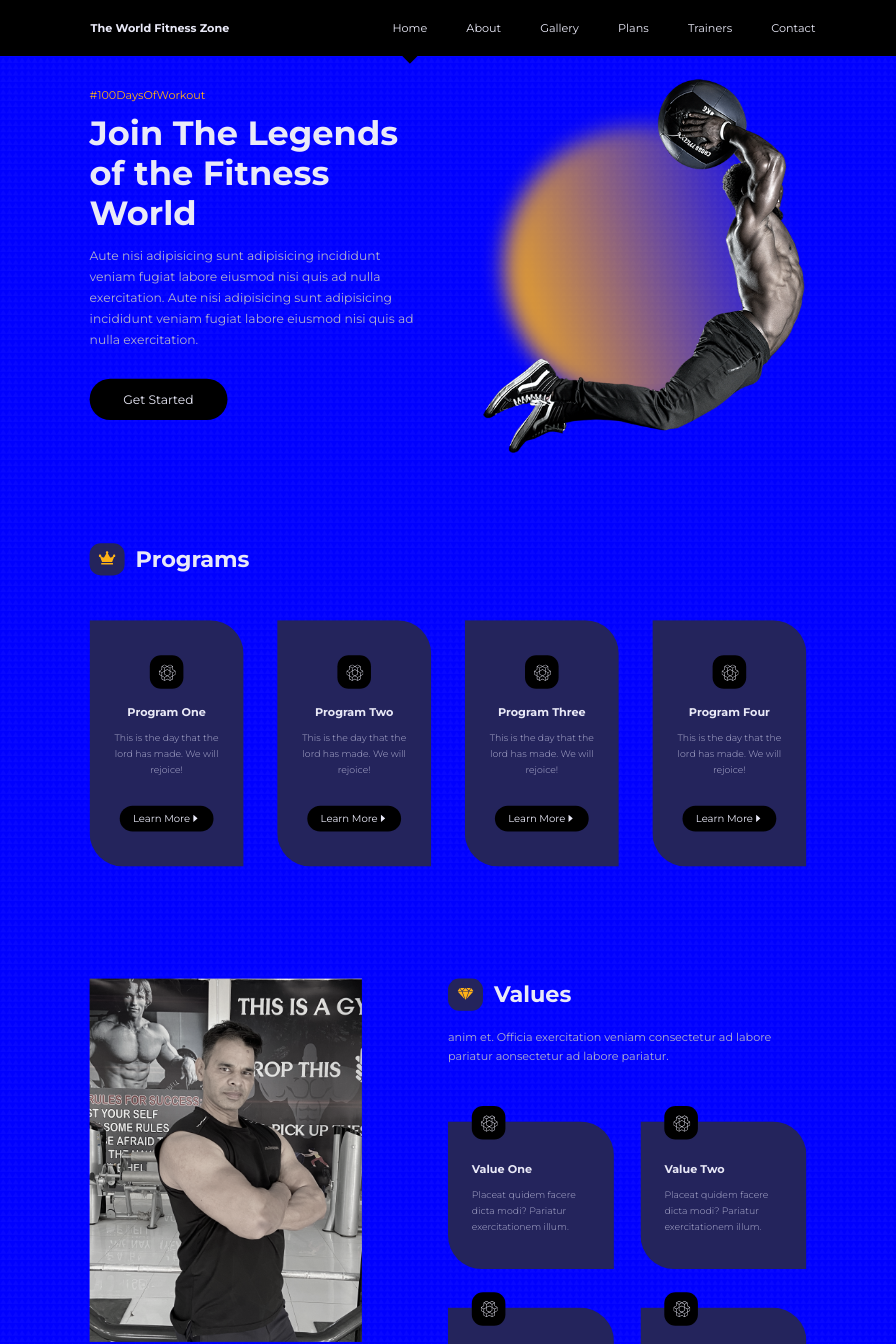
Repository: aryaMode/gym-portfolio
Page: /
The author's editor kept a copy of each file at every save. The page is drawn from the files as they stood at one save, then again after the next save.
The browser window is 1280 px wide. The pictures show the part of the page from y = 0 to 1920 px (the page is 3946 px tall), at 70% of full size.
The project was rebuilt for these pictures with package versions that can differ from the ones it lists, and the page was loaded fresh each time. Also part of the build but not shown: src/pages/about/about.css, src/components/Header.jsx, src/pages/about/About.jsx, src/pages/contact/contact.css, src/pages/contact/Contact.jsx, src/pages/gallery/gallery.css, src/pages/gallery/Gallery.jsx, src/pages/notFound/notFound.css and 6 more.

Above is the page before, as saved 2023-07-20 16:45:34.

### public/index.html
<!DOCTYPE html>
<html lang="en">

<head>
    <meta charset="UTF-8">
    <meta http-equiv="X-UA-Compatible" content="IE=edge">
    <meta name="viewport" content="width=device-width, initial-scale=1.0">
    <title>Portfolio Website</title>
    <!-- GOOGLE FONTS (montserrat) -->
    <link href="https://fonts.googleapis.com/css2?family=Montserrat:wght@300;400;500;600;700&display=swap"
        rel="stylesheet">
</head>

<body>
    <div id="root"></div>
</body>

</html>

### src/App.jsx
// rafce -> shortcut to create component and export
import { BrowserRouter, Routes, Route } from "react-router-dom";
import React from "react";
import Home from "./pages/home/Home";
import About from "./pages/about/About";
import Contact from "./pages/contact/Contact";
import Gallery from "./pages/gallery/Gallery";
import NotFound from "./pages/notFound/NotFound";
import Plans from "./pages/plans/Plans";
import Trainers from "./pages/trainers/Trainers";
import Navbar from "./components/Navbar";
import Footer from "./components/Footer";

const App = () => {
	return (
		<BrowserRouter>
			<Navbar />
			<Routes>
				<Route index element={<Home />} />
				<Route path="about" element={<About />} />
				<Route path="contact" element={<Contact />} />
				<Route path="gallery" element={<Gallery />} />
				<Route path="plans" element={<Plans />} />
				<Route path="trainers" element={<Trainers />} />
				<Route path="*" element={<NotFound />} />
			</Routes>
			<Footer />
		</BrowserRouter>
	);
};

export default App;

### src/index.css
 *, *::before, *::after{
    margin: 0;
    padding: 0;
    border: 0;
    outline: 0;
    list-style: none;
    text-decoration: none;
    box-sizing: border-box;
 }

 /* CSS Global variable starts with :root {...} check w3school docs for more  info */
 :root{
    --primary-hue: 210;
    --gray-hue: 240;
    /* hsl (hue, saturation, lightness) */
    --color-primary: black;
    --color-primary-variant: hsl(var(--primary-hue), 100%, 65%);
    --color-secondary: #ffb116;
    --color-gray-100: hsl(var(--gray-hue), 47%, 94%); /*almost white colour lightness is almost 100%*/
    --color-gray-200: hsl(var(--gray-hue), 26%, 75%);
    --color-gray-300: hsl(var(--gray-hue), 24%, 64%);
    --color-gray-400: hsl(var(--gray-hue), 16%, 41%);
    --color-gray-500: hsl(var(--gray-hue), 44%, 25%);
    --color-gray-600: hsl(var(--gray-hue), 48%, 15%);

    --container-width-lg: 80%;
    --container-width-md: 90%;

    --transition: all 500ms ease; /* make sure all transition have a constant effect*/
 }

  /******************** GENERAL STYLES ********************/
  body{
    font-family: "Montserrat", sans-serif;
    color: var(--color-gray-200);
    line-height: 1.7;
    overflow-x: hidden;
    background: blue url(./images/bg_texture.png);
  }

  .container{
    width: var(--container-width-lg);
    max-width: 1920px;
    margin-inline: auto;
  }

  h1, h2, h3, h4, h5 {
    line-height: 1.2;
    color: var(--color-gray-100);
  }

  h1 {
    font-size: 3rem;
  }

  h2 {
    font-size: 2rem ;
  }

  a {
    color: var(--color-gray-100);
  }

  img{
    display: block;
    object-fit: cover;
    width: 100%;
}

.btn {
    color: var(--color-gray-100);
    width: fit-content;
    margin: 0 auto;
    padding: 0.9rem 2rem;
    background: var(--color-primary);
    border-radius: 1.5rem;
    transition: var(--transition);
}

.btn:hover {
    background: var(--color-secondary);
    color: var(--color-gray-600);
}

.btn.lg {
    padding: 1.2rem 3rem;
    border-radius: 2rem;
    font-size: 1.1rem;
}

.btn.sm {
    padding: 0.4rem 1.2rem;
    font-size: 0.9rem;
}

.btn.sm:hover {
    background: var(--color-gray-100);
}

/******************** SECTION REUSABLE STYLES ********************/
section {
    margin-top: 10rem;
}

.section__head {
    display: flex;
    align-items: center;
    gap: 1rem;
}

.section__head span {
    background: var(--color-gray-500);
    padding: 0.3rem 0.8rem 0;
    border-radius: 1rem;
    color: var(--color-secondary);
    font-size: 1.5rem;
}

.card {
    background: var(--color-gray-500);
    border: 2px solid transparent;
    text-align: center;
    padding: 3rem 2rem;
    border-radius: 0 3rem 0 3rem;
    transition: var(--transition);
}

.card:hover {
    background: transparent;
    border-color: var(--color-gray-400);
    cursor: default;
}

.card span {
    width: 3rem;
    height: 3rem;
    background: var(--color-primary);
    color: var(--color-gray-100);
    font-size: 1.5rem;
    padding: 0.8rem;
    display: grid;
    place-items: center;
    margin-bottom: 1.5rem;
    margin-inline: auto;
    border-radius: 1rem;
    transition: var(--transition);
}

.card:hover span {
    background: var(--color-secondary);
    color: var(--color-gray-500)
}

.card small {
    margin-top: 1rem;
    display: block;
    font-weight: 300;
}

.header {
    margin-top: 5rem;
    height: 20rem;
    overflow: hidden;
    border-bottom: 2px solid var(--color-gray-400);
}

.header__container {
    width: 100%;
    height: 100%;
    position: relative;
    display: grid;
    place-items: center;
    background: #0000;
}

.header__container-lg {
    position: absolute;
    width: 100%;
}

.header__container-lg img {
    opacity: 0.5;
}

.header__content {
    position: relative;
    width: 44%;
    margin: 0 auto;
    text-align: center;
    color: var(--color-gray-100);
}

.header__content h2 {
    margin-bottom: 1rem;
}

.header__content p {
    color: rgba(255, 255, 255, 0.7, green, blue, alpha);
}






/******************** MEADIA QUERIES (medium screens) ********************/
@media screen and (max-width: 1024px) {
    .container {
        width: var(--container-width-md);
    }

    h1 {
        font-size: 2rem;
    }

    h2 {
        font-size: 1.6rem;
    }

    .header__content {
        width: 76%;
    }
}

/******************** MEADIA QUERIES (small screens) ********************/
@media screen and (max-width: 600px) {
    h1 {
        font-size: 2.2rem;
        line-height: 1.3;
    }

    section {
        margin-top: 7rem;
    }

    .header {
        height: fit-content;
    }

    .header__content {
        width: var(--container-width-md);
        padding: 3rem 0;
    }

    .header__content p {
        font-size: 0.85rem;
    }
}

### src/pages/home/Home.jsx
import React from "react";
import "./home.css";
import MainHeader from "../../components/MainHeader";
import Program from "../../components/Program";
import Values from "../../components/Values";
import FAQs from "../../components/FAQs";
import Testimonial from "../../components/Testimonial";
// import Footer from "../../components/Footer";

const Home = () => {
	return (
		<>
			<MainHeader />
			<Program />
			<Values />
			<FAQs />
			<Testimonial />
			{/* <Footer /> comment this out so footer wount be double */}
		</>
	);
};

export default Home;

### src/components/Navbar.jsx
import { useState } from "react";
import {logoName} from "../data";
import { Link, NavLink } from "react-router-dom";
// NavLink comes with an isactive prop which we can use to detect which page we on
// so we can have a special style for that link
import React from "react";
import Logo from "../images/logo.png";
import { links } from "../data";
import { GoThreeBars } from "react-icons/go";
import { MdOutlineClose } from "react-icons/md";
import "./navbar.css";

const Navbar = () => {
	const [isNavShowing, setIsNavShowing] = useState(false);

	const handleNavToggle = () => {
		return setIsNavShowing((prevVAlue) => {
			return !prevVAlue;
		});
	};

	return (
		<nav>
			<div className="container nav__container">
				<Link to="/" className="logo" onClick={handleNavToggle}>
					{/* <img src={Logo} alt="Nav-logo" /> */}
					<div>{logoName}</div>
				</Link>
				<ul
					className={`nav__links ${isNavShowing ? "show__nav" : "hide__nav"}`}
				>
					{/* Destructure the links array of object from the links to get each item */}
					{links.map(({ name, path }, index) => {
						return (
							<li key={index}>
								<NavLink
									to={path}
									className={({ isActive }) => (isActive ? "active-nav" : "")}
									onClick={handleNavToggle}
								>
									{name}
								</NavLink>
							</li>
						);
					})}
				</ul>
				<button onClick={handleNavToggle} className="nav__toggle-btn">
					{isNavShowing ? <MdOutlineClose /> : <GoThreeBars />}
				</button>
			</div>
		</nav>
	);
};

export default Navbar;

// export PATH=$PATH:/home/daveworld/bin

### src/components/Footer.jsx
import React from "react";
import { Link } from "react-router-dom";
import {logoName} from "../data";
import Logo from "../images/logo.png";
import { FaLinkedin } from "react-icons/fa";
import { FaFacebookF } from "react-icons/fa";
import { AiOutlineTwitter } from "react-icons/ai";
import { AiFillInstagram } from "react-icons/ai";

const Footer = () => {
	return (
		<footer>
			<div className="container footer__container">
				<article>
					<Link to="/" className="logo">
						{/* <img src={Logo} alt="Footer Logo" /> */}
					{logoName}
					</Link>
					<p>
						Consectetur non nostrud enim nostrud est culpa ullamco incididunt
						nisi. Consectetur non nostrud enim nostrud est culpa ullamco
						incididunt nisi.
					</p>
					<div className="footer__socials">
						<a
							href="https://www.linkedin.com/in/eniola-ademola-7386161a7/"
							target="_blank"
							rel="noreferrer noopener"
						>
							<FaLinkedin />
						</a>
						<a
							href="https://facebook.com/"
							target="_blank"
							rel="noreferrer noopener"
						>
							<FaFacebookF />
						</a>
						<a
							href="https://twitter.com/_daveworld"
							target="_blank"
							rel="noreferrer noopener"
						>
							<AiOutlineTwitter />
						</a>
						<a
							href="https://instagram.com/_daveworld"
							target="_blank"
							rel="noreferrer noopener"
						>
							<AiFillInstagram />
						</a>
					</div>
				</article>
				<article>
					<h4>Permalinks</h4>
					<Link to="/about">About</Link>
					<Link to="/plans">Plans</Link>
					<Link to="/trainers">Trainers</Link>
					<Link to="/gallery">Gallery</Link>
					<Link to="/contact">Contact</Link>
				</article>
				<article>
					<h4>Insights</h4>
					<Link to="/s">Blog</Link>
					<Link to="/s">Case Studies</Link>
					<Link to="/s">Events</Link>
					<Link to="/s">Communities</Link>
					<Link to="/constact">FAQs</Link>
				</article>
				<article>
					<h4>Get In Touch</h4>
					<Link to="/contact">Plans</Link>
					<Link to="/s">Trainers</Link>
				</article>
			</div>
			<div className="footer__copyright">
				<small> &copy; Eniola Ademola </small>
			</div>
		</footer>
	);
};

export default Footer;

### src/components/MainHeader.jsx
import React from "react";
import { Link } from "react-router-dom";
import Image from "../images/main_header.png";

const MainHeader = () => {
	return (
		<header className="main__header">
			<div className="container main__header-container">
				<div className="main__header-left">
					<h4>#100DaysOfWorkout</h4>
					<h1>Join The Legends of the Fitness World</h1>
					<p>
						Aute nisi adipisicing sunt adipisicing incididunt veniam fugiat
						labore eiusmod nisi quis ad nulla exercitation. Aute nisi
						adipisicing sunt adipisicing incididunt veniam fugiat labore eiusmod
						nisi quis ad nulla exercitation.
					</p>
					<Link to="/plans" className="btn lg">
						Get Started
					</Link>
				</div>
				<div className="main__header-right">
					<div className="main__header-circle"></div>
					<div className="main__header-image">
						<img src={Image} alt="MainHeaderImage" />
					</div>
				</div>
			</div>
		</header>
	);
};

export default MainHeader;

### src/components/Program.jsx
import React from "react";
import { FaCrown } from "react-icons/fa";
import SectionHead from "./SectionHead";
import { programs } from "../data";
import Card from "../UI/Card";
import { Link } from "react-router-dom";
import { AiFillCaretRight } from "react-icons/ai";

const Program = () => {
	return (
		<section className="programs">
			<div className="container programs container">
				<SectionHead icon={<FaCrown />} title="Programs" />

				<div className="program__wrapper">
					{programs.map(({ id, icon, title, info, path }) => {
						return (
							<Card className="programs__program" key={id}>
								<span>{icon}</span>
								<h4>{title}</h4>
								<small>{info}</small>
								<Link to={path} className="btn sm">
									Learn More <AiFillCaretRight />
								</Link>
							</Card>
						);
					})}
				</div>
			</div>
		</section>
	);
};

export default Program;

### src/components/Values.jsx
import React from "react";
import Image from "../images/values.jpg";
import SectionHead from "./SectionHead";
import { GiCutDiamond } from "react-icons/gi";
import { values } from "../data";
import Card from "../UI/Card";

const Values = () => {
	return (
		<section className="values">
			<div className="container values__container">
				<div className="values__left">
					<div className="values__image">
						<img src={Image} alt="values Image" />
					</div>
				</div>
				<div className="values__right">
					<SectionHead icon={<GiCutDiamond />} title="Values" />
					<p>
						anim et. Officia exercitation veniam consectetur ad labore pariatur
						aonsectetur ad labore pariatur.
					</p>
					<div className="values__wrapper">
						{values.map(({ id, icon, title, desc }) => {
							return (
								<Card className="values__value" key={id}>
									<span>{icon}</span>
									<h4>{title}</h4>
									<small>{desc}</small>
								</Card>
							);
						})}
					</div>
				</div>
			</div>
		</section>
	);
};

export default Values;

### src/components/FAQs.jsx
import React from "react";
import { FaQuestion } from "react-icons/fa";
import { faqs } from "../data";
import FAQ from "./FAQ";
import SectionHead from "./SectionHead";
const FAQs = () => {
	return (
		<section className="faqs">
			<div className="container faqs__container">
				<SectionHead icon={<FaQuestion />} title="FAQs" />
				<div className="faqs__wrapper">
					{faqs.map(({ id, question, answer }) => {
						return <FAQ key={id} question={question} answer={answer} />;
					})}
				</div>
			</div>
		</section>
	);
};

export default FAQs;

### src/components/Testimonial.jsx
import React, { useState } from "react";
import SectionHead from "./SectionHead";
import { ImQuotesLeft } from "react-icons/im";
import Card from "../UI/Card";
import {
	IoIosArrowDropleftCircle,
	IoIosArrowDroprightCircle,
} from "react-icons/io";
import { testimonials } from "../data";

const Testimonial = () => {
	const [index, setIndex] = useState(0);
	const { name, quote, job, avatar } = testimonials[index];

	const handlePreviousTestimonial = () => {
		setIndex((prevValue) => {
			return prevValue - 1;
		});
		if (index <= 0) {
			setIndex(testimonials.length - 1);
		}
	};
	const handleAfterTestimonial = () => {
		setIndex((prevValue) => {
			return prevValue + 1;
		});
		if (index >= testimonials.length - 1) {
			setIndex(0);
		}
	};

	return (
		<section className="testimonials">
			<div className="container testimonial__container">
				<SectionHead
					icon={<ImQuotesLeft />}
					title="Testimonials"
					className="testimonials__head"
				/>
				<Card className="testimonial">
					<div className="testimonial__avatar">
						<img src={avatar} alt={name} />
					</div>
					<p className="testimonial__quote">{`"${quote}"`}</p>
					<h5>{name}</h5>
					<small className="testimonial__title">{job}</small>
				</Card>
				<div className="testimonial__btn-container">
					<button
						className="testimonials__btn"
						onClick={handlePreviousTestimonial}
					>
						<IoIosArrowDropleftCircle />
					</button>
					<button
						className="testimonials__btn"
						onClick={handleAfterTestimonial}
					>
						<IoIosArrowDroprightCircle />
					</button>
				</div>
			</div>
		</section>
	);
};

export default Testimonial;

### src/UI/Card.jsx
import React from "react";

const Card = ({ className, children }) => {
	return <article className={`card ${className}`}>{children}</article>;
};

export default Card;

### src/components/navbar.css
nav{
    height: 5rem;
    width: 100vw; /*100% of the window/browser*/
    background: var(--color-primary);
    display: grid;
    place-items: center;
    position: fixed; /*commnt this to see hiden layers*/
    top: 0;
    left: 0;
    z-index: 99; /* makes sure it sit on all items*/
}

/* Only show on medium and small screens */
.nav__toggle-btn {
    display: none;
}

.nav__container {
    height: 100%;

    display: flex;
    justify-content: space-between;
    align-items: center;
    position: relative;
}

.logo{
    width: 50vw;
    font-size: 1rem;
    font-weight: bold;
    margin-right: 50px;
    display: flex;
}

.nav__links{
    display: flex;
    gap: 3.5rem;
    align-items: center;
}

.nav__links a {
    transition: var(--transition);
}

.nav__links a:hover {
    color: var(--color-secondary);
}

.active-nav {
    position: relative;
}

.active-nav::after{
    content: "";
    display: block;
    width: 1.2rem;
    height: 1.2rem;
    background-color: var(--color-primary);
    position: absolute;
    left: calc(50% - 0.6rem);
    transform: rotate(45deg);
    margin-top: 0.9rem;
}

 /******************** MEDIA QUERIES (mesium and small screens) ********************/
 @media screen and (max-width: 1024px) {
    .nav__toggle-btn {
        display: inline-block;
        background: transparent;
        font-size: 1.8rem;
        cursor: pointer;
    }

    .nav__toggle-btn svg{
        color: var(--color-gray-100);
    }

    .nav__links {
        position: absolute;
        top: 100%;
        right: 0;
        flex-direction: column;
        gap: 0;
        perspective: 400px;
    }

    .active-nav {
        display: none;
    }

    .active-nav, .active-nav::after{
        display: none;
    }

    .nav__links li {
        height: 4rem;
        width: 100%;
        box-shadow: -2rem 2rem 5rem rgba(0, 0, 0, 0.5);
        animation: navAnimation 600ms ease forwards;
        transform: rotateX(90deg);
        opacity: 0;
        transform-origin: top;
    }

    .nav__links li:nth-child(2) {
        animation-delay: 200ms;
    }
    .nav__links li:nth-child(3) {
        animation-delay: 400ms;
    }
    .nav__links li:nth-child(4) {
        animation-delay: 600ms;
    }
    .nav__links li:nth-child(5) {
        animation-delay: 800ms;
    }
    .nav__links li:nth-child(6) {
        animation-delay: 1s;
    }
    .nav__links li:nth-child(7) {
        animation-delay: 1.2s;
    }

    @keyframes navAnimation {
        to {
            transform: rotateX(0);
            opacity: 1;
        }
    }

    .nav__links li a {
        background-color: var(--color-primary);
        height: 100%;
        width: 100%;
        display: flex;
        align-items: center;
        padding: 1rem 5rem 1rem 3rem;
    }

    .show__nav {
        display: flex;
    }

    .hide__nav {
        display: none;
    }

 }

### src/components/SectionHead.jsx
import React from "react";

// A reuseable component for each section name
const SectionHead = ({ icon, title, className }) => {
	return (
		<div className={`section__head ${className}`}>
			<span>{icon}</span>
			<h2>{title}</h2>
		</div>
	);
};

export default SectionHead;

### src/components/FAQ.jsx
import React, { useState } from "react";
import { AiOutlinePlus } from "react-icons/ai";
import { AiOutlineMinus } from "react-icons/ai";

const FAQ = ({ question, answer }) => {
	const [isAnswerShowing, setIsAnswerShowing] = useState(false);

	const handleFAQ = () => {
		return setIsAnswerShowing((prevValue) => {
			return !prevValue;
		});
	};

	return (
		<article className="faq" onClick={handleFAQ}>
			<div>
				<h4>{question}</h4>
				<button className="faq__icon">
					{isAnswerShowing ? <AiOutlineMinus /> : <AiOutlinePlus />}
				</button>
			</div>
			{isAnswerShowing && <p>{answer}</p>}
		</article>
	);
};

export default FAQ;

Loaded but not shown: src/index.js (common file); src/data.js (320 lines, source omitted); src/pages/home/home.css (412 lines, source omitted)

After the next save:
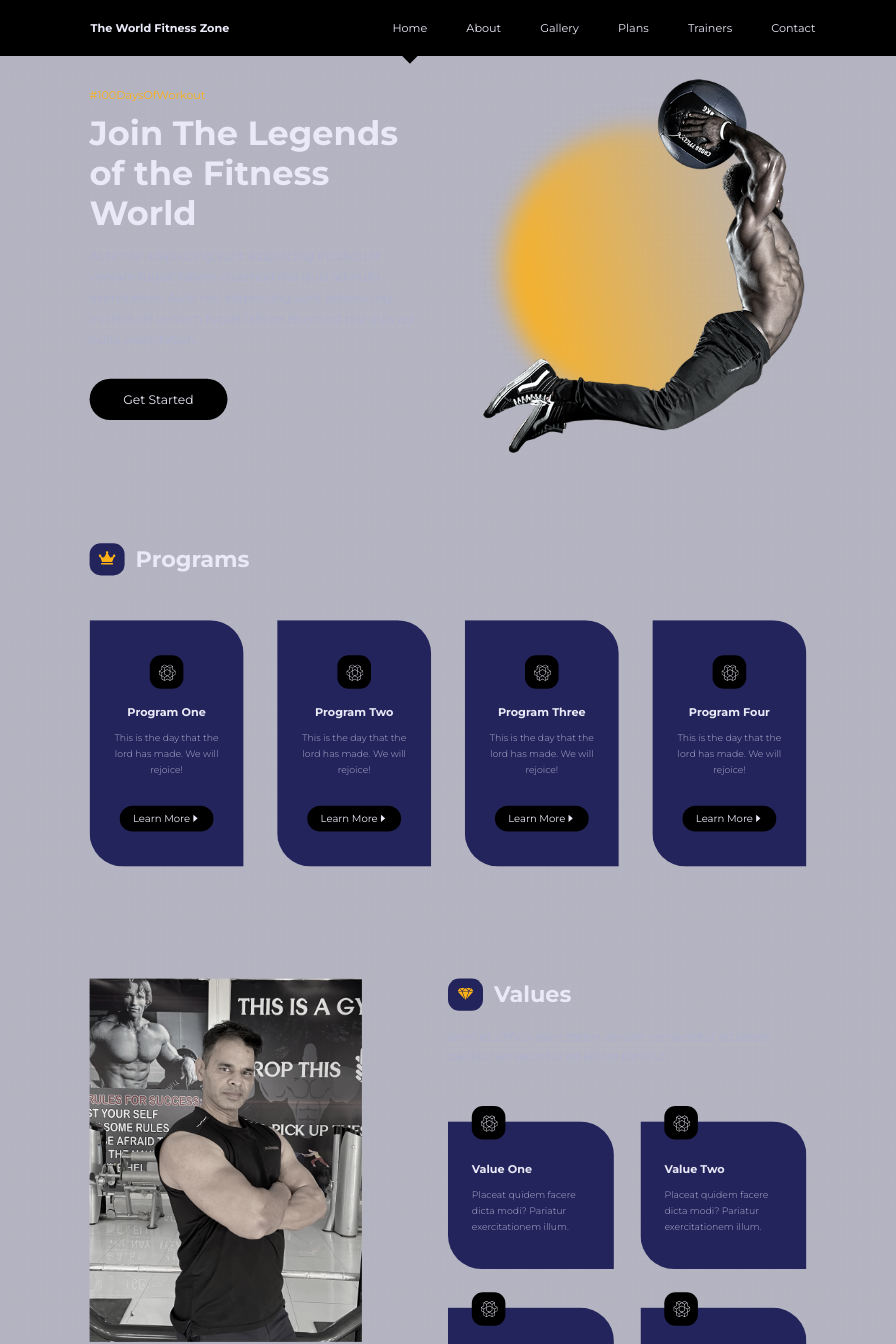
Saved 11 s later.
--- a/src/index.css
+++ b/src/index.css
@@ -35,7 +35,7 @@
     color: var(--color-gray-200);
     line-height: 1.7;
     overflow-x: hidden;
-    background: blue url(./images/bg_texture.png);
+    background: rgb(179, 179, 193) url(./images/bg_texture.png);
   }
 
   .container{
